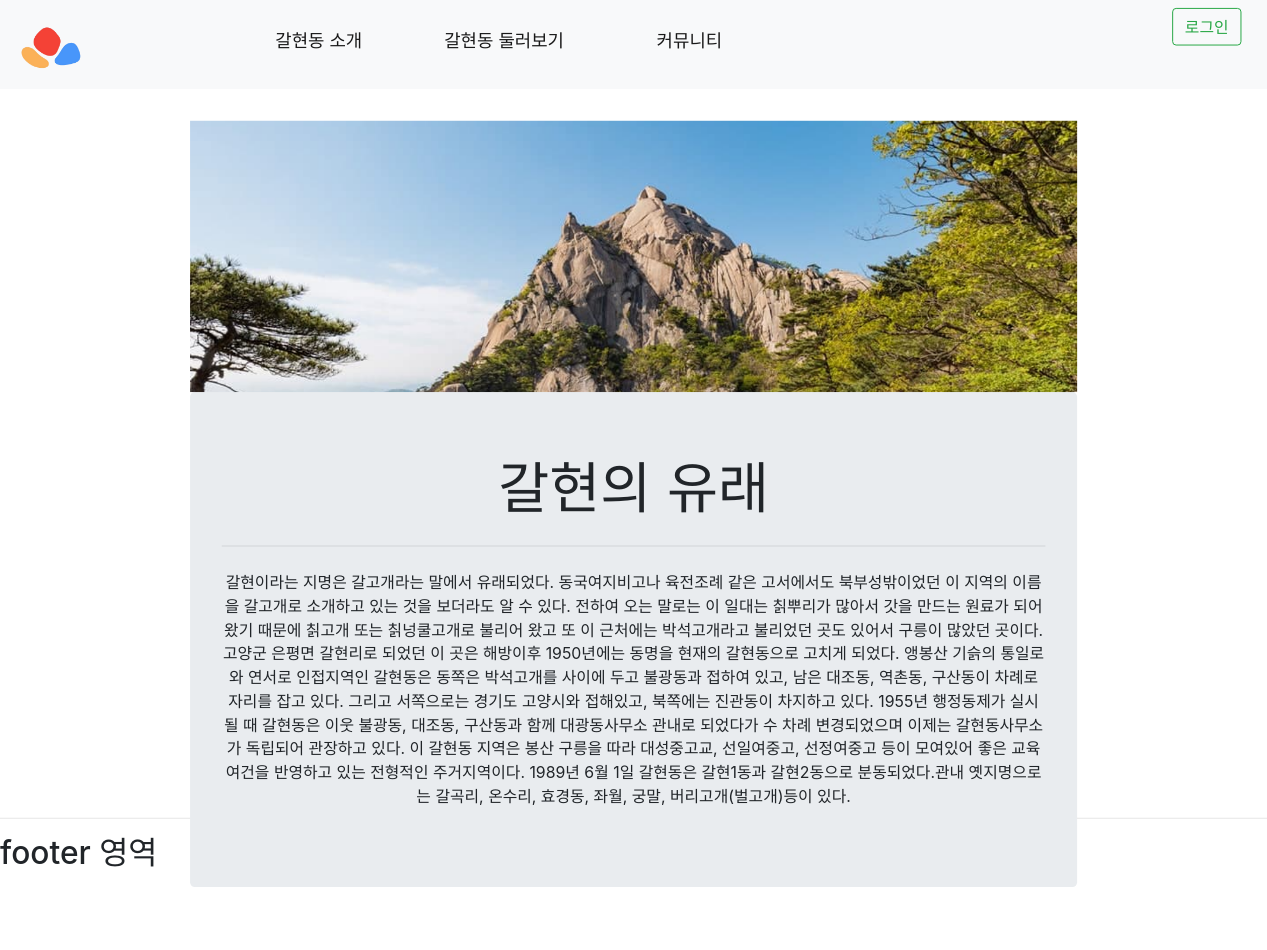
Repository: rnjsmj/pro01
Page: http://localhost/pro01/intro/origin.jsp
These files come from the project's save history. The page is drawn as it stood at one moment and after the next save; the edit follows.
The browser window is 1280 px wide. The pictures show the whole page, at 99% of full size.
The page is served by Tomcat 9. Nobody is signed in. The application's start-up code is not run. The template is opened directly, without the code that normally fills it, so the values that code supplies are empty.

Above is the page before, as saved 2024-04-14 15:31:04.

After the next save:
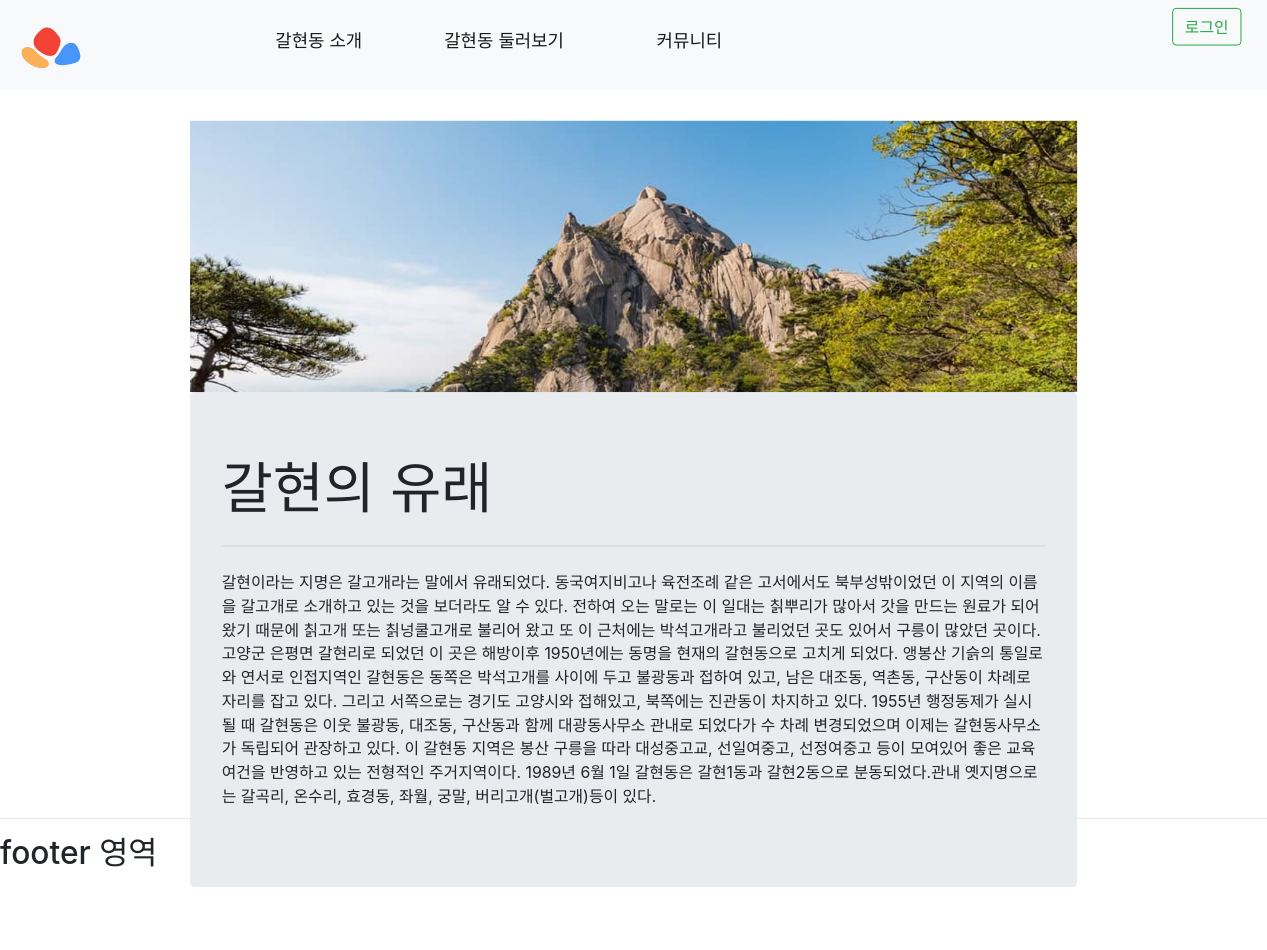
Saved 33 s later.
--- a/pro01/WebContent/intro/origin.jsp
+++ b/pro01/WebContent/intro/origin.jsp
@@ -14,6 +14,7 @@
 	.page { padding : 2em; text-align : center; justify-content:center; width:960px;}
 	.origin-main {text-align:center; width:100%}
 	.main-image {justify-content:center; width:100%; height:auto;}
+	.jumbotron {text-align:left;}
 </style>
 </head>
 <body>
